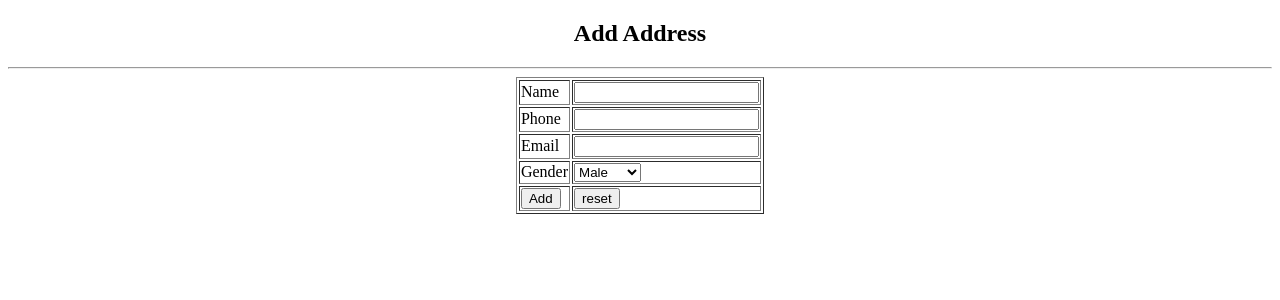
Repository: HyeonbinSa/JSPBook
Page: jspbook/WebContent/address/addr_form.html
These files come from the project's save history. The page is drawn as it stood at one moment and after the next save; the edit follows.
The browser window is 1280 px wide. The pictures show the whole page.

Above is the page before, as saved 2020-01-03 12:41:02.

After the next save:
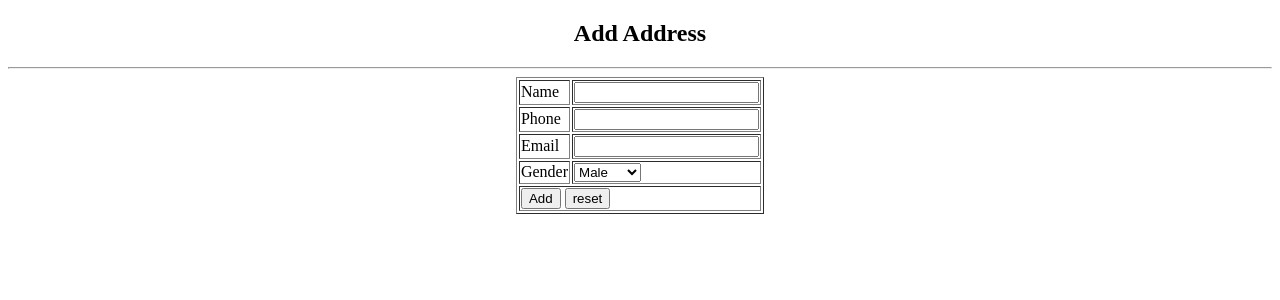
Saved 26 s later.
--- a/jspbook/WebContent/address/addr_form.html
+++ b/jspbook/WebContent/address/addr_form.html
@@ -32,8 +32,8 @@
 </td>
 </tr>
 <tr>
-<td><input type="submit" value="Add"></td>
-<td><input type="reset" value="reset"></td>
+<td colspan="2"><input type="submit" value="Add">
+<input type="reset" value="reset"></td>
 </tr>
 </table>
 </form>
